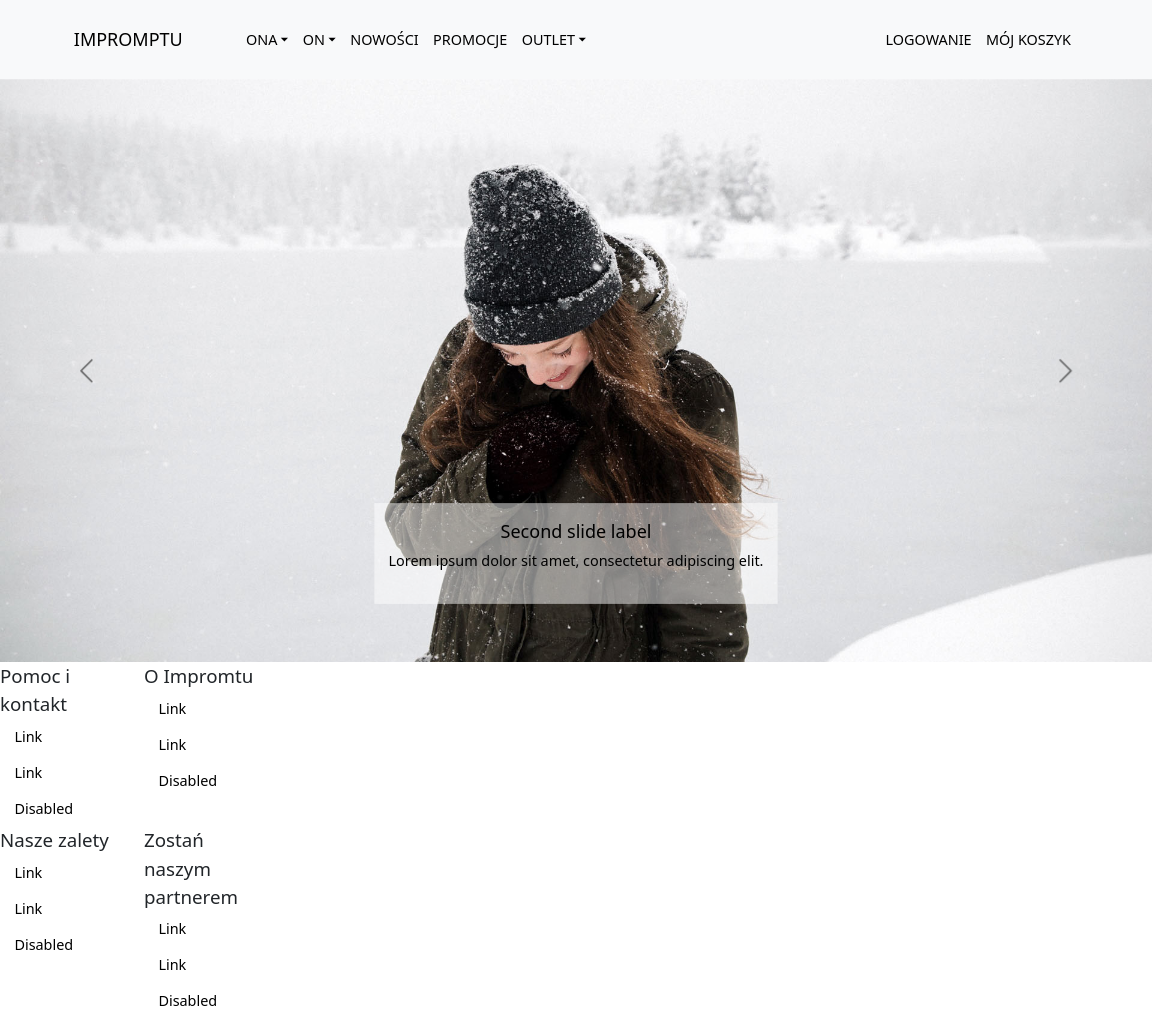
Repository: michalgornicki/Impromptu
Page: /
These files come from the project's save history. The page is drawn as it stood at one moment and after the next save; the edit follows.
The browser window is 1280 px wide. The pictures show the whole page, at 90% of full size.
The project was rebuilt for these pictures with package versions that can differ from the ones it lists, and the page was loaded fresh each time.

Above is the page before, as saved 2021-12-23 13:40:33.

After the next save:
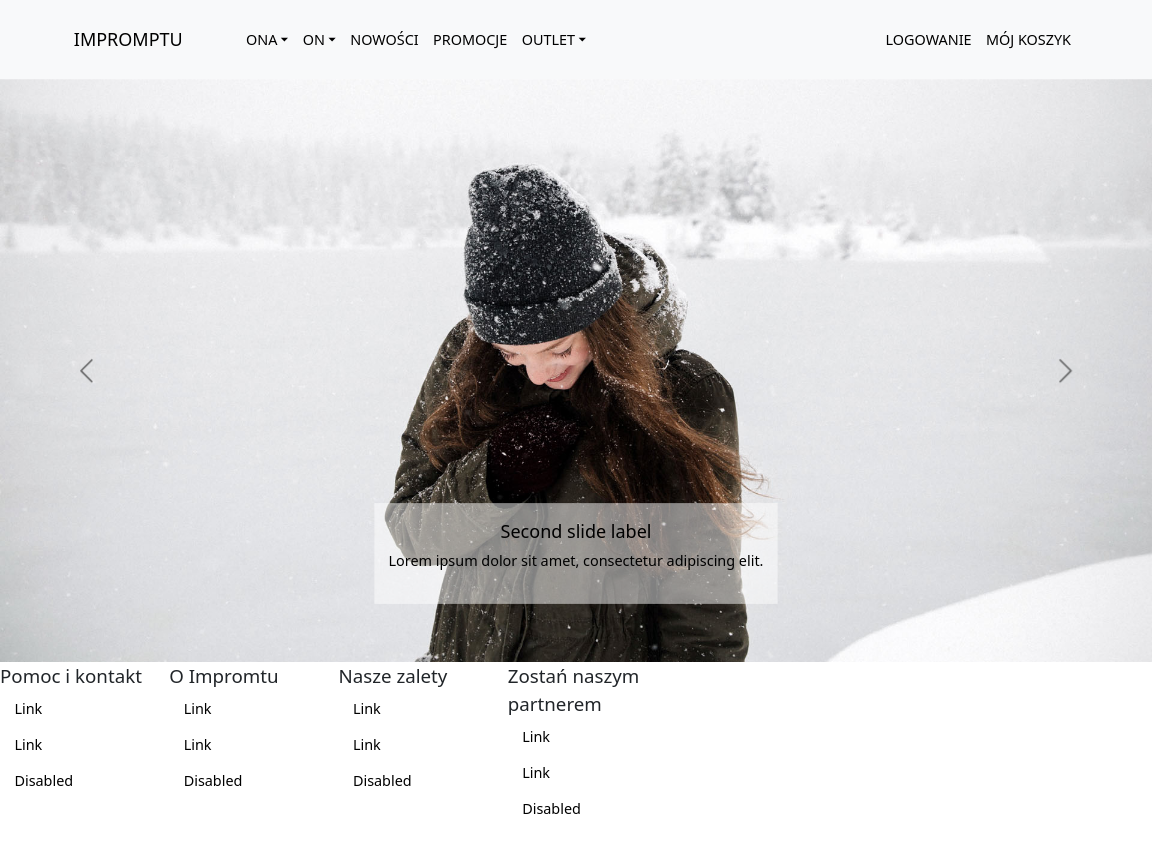
Saved 10 s later.
--- a/src/App.jsx
+++ b/src/App.jsx
@@ -159,7 +159,7 @@ function App() {
   activeKey="/home"
   className="m-auto"
 >
-  <Row className="w-25">
+  <Row className="">
   <Col>
   <div className="display-7">
     Pomoc i kontakt
